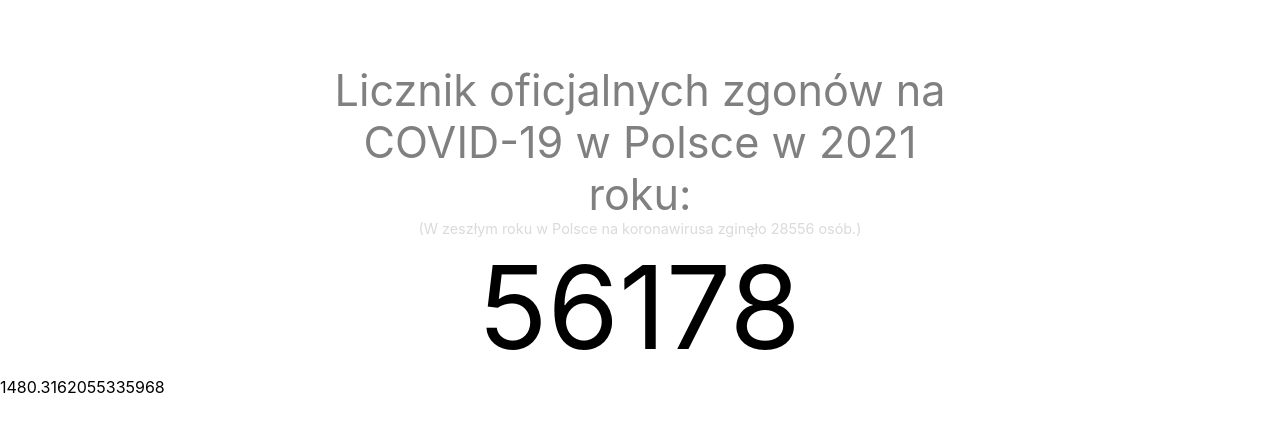
Repository: michalgornicki/poland-covid
Page: /
The author's editor kept a copy of each file at every save. The page is drawn from the files as they stood at one save, then again after a run of saves.
The browser window is 1280 px wide. The pictures show the whole page.
The project was rebuilt for these pictures with package versions that can differ from the ones it lists, and the page was loaded fresh each time.

Above is the page before, as saved 2021-12-04 19:17:18.

After the next 2 saves:
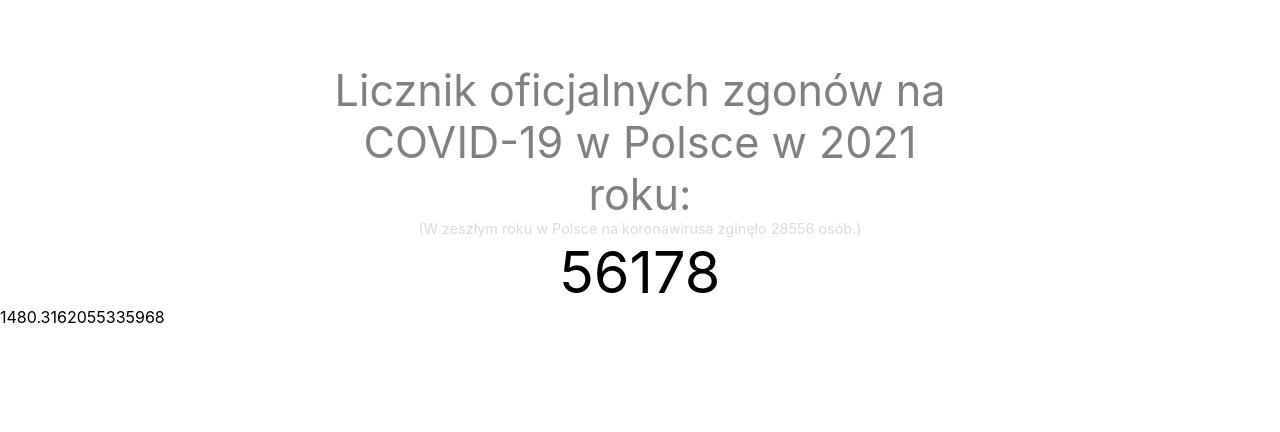
The 2 saves are shown as one change because they came seconds apart.
The last was saved 9 s later.
--- a/src/App.css
+++ b/src/App.css
@@ -27,3 +27,11 @@
     width: 50%;
     text-align: center;
 }
+
+.counter{
+    font-size: 8vmin;
+    display: block;
+    margin: auto;
+    width: 50%;
+    text-align: center;
+}
